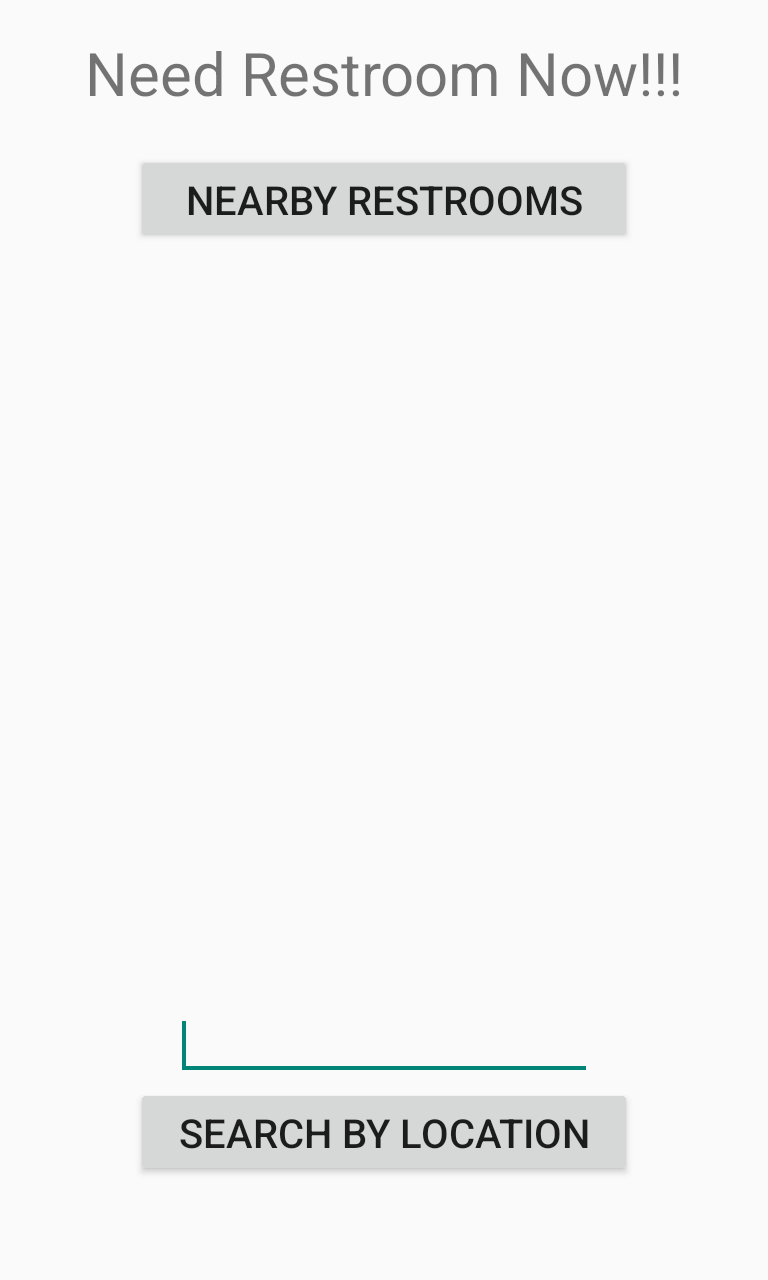
Repository: SarahDowlath/DebraGotToGo
Layout: GottahGo!/res/layout/fragment_main.xml
These files come from the project's save history. The layout is drawn as it stood at one moment and after the next save; the edit follows.
It is drawn on a 768 x 1280 px phone screen (xhdpi) without system bars, with theme AppTheme; the app's code is not run.

Above is the layout before, as saved 2014-07-08 18:20:21.

### GottahGo!/res/layout/fragment_main.xml
<RelativeLayout xmlns:android="http://schemas.android.com/apk/res/android"
    xmlns:tools="http://schemas.android.com/tools"
    android:layout_width="match_parent"
    android:layout_height="match_parent"
    android:paddingBottom="@dimen/activity_vertical_margin"
    android:paddingLeft="@dimen/activity_horizontal_margin"
    android:paddingRight="@dimen/activity_horizontal_margin"
    android:paddingTop="@dimen/activity_vertical_margin"
    tools:context="com.papodec.gottahgo.MainActivity$PlaceholderFragment" >

    <TextView
        android:id="@+id/textView2"
        android:layout_width="fill_parent"
        android:layout_height="wrap_content"
         android:text="@string/ref"
         android:textSize = "30sp"
         android:layout_gravity= "center"
         android:gravity="center"
        />

    <Button
         android:id="@+id/bmap"
        android:layout_width="250dp"
        android:layout_height="wrap_content"
        android:layout_below="@+id/textView2"
        android:layout_centerHorizontal="true"
        android:layout_marginTop="19dp"
        android:text="@string/banner"
        android:textSize="20sp" />

    <Button
        android:id="@+id/bsearch"
        android:layout_width="250dp"
        android:layout_height="wrap_content"
        android:layout_alignLeft="@+id/bmap"
        android:layout_alignParentBottom="true"
        android:layout_marginBottom="34dp"
        android:text="@string/search"
        android:textSize="20sp" />

    <EditText
        android:id="@+id/editText1"
        android:layout_width="wrap_content"
        android:layout_height="wrap_content"
        android:layout_above="@+id/bsearch"
        android:layout_centerHorizontal="true"
        android:ems="10" >

        <requestFocus />
    </EditText>

</RelativeLayout>

### GottahGo!/res/values/styles.xml
<resources>

    <!--
        Base application theme, dependent on API level. This theme is replaced
        by AppBaseTheme from res/values-vXX/styles.xml on newer devices.
    -->
    <style name="AppBaseTheme" parent="Theme.AppCompat.Light">
        <!--
            Theme customizations available in newer API levels can go in
            res/values-vXX/styles.xml, while customizations related to
            backward-compatibility can go here.
        -->
    </style>

    <!-- Application theme. -->
    <style name="AppTheme" parent="AppBaseTheme">
        <!-- All customizations that are NOT specific to a particular API-level can go here. -->
    </style>


</resources>

### GottahGo!/res/values/strings.xml
<?xml version="1.0" encoding="utf-8"?>
<resources>

    <string name="app_name">GottahGo!</string>
    <string name="hello_world">Hello world!</string>
    <string name="action_settings">Settings</string>
    <string name="ref">Need Restroom Now!!!</string>

    <string name="banner">Nearby Restrooms</string>
    <string name="search">Search by Location</string>

</resources>

Loaded but not shown: GottahGo!/res/values-v11/styles.xml (common file); GottahGo!/res/values-v14/styles.xml (common file); GottahGo!/res/values/dimens.xml (common file); GottahGo!/res/values-w820dp/dimens.xml (common file)

After the next save:
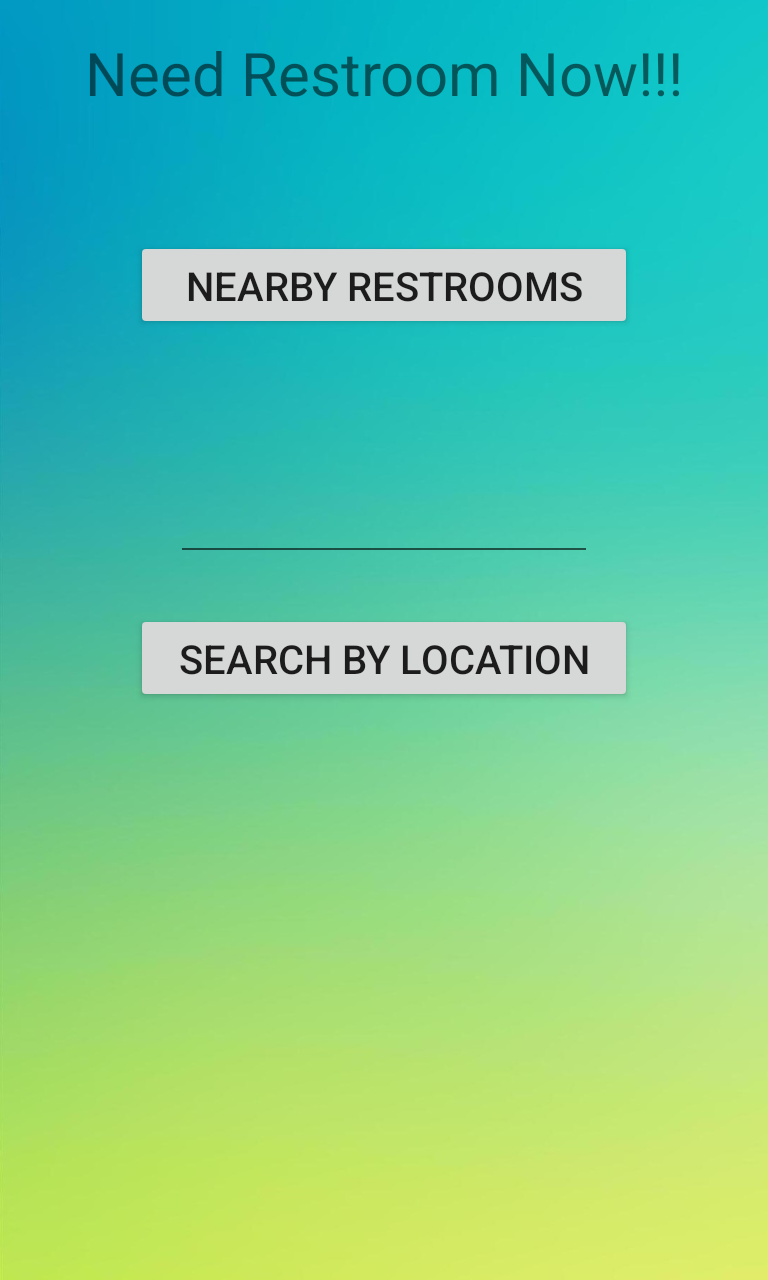
Saved 4 min 23 s later.
--- a/GottahGo!/res/layout/fragment_main.xml
+++ b/GottahGo!/res/layout/fragment_main.xml
@@ -1,5 +1,6 @@
 <RelativeLayout xmlns:android="http://schemas.android.com/apk/res/android"
     xmlns:tools="http://schemas.android.com/tools"
+    android:background="@drawable/simple"
     android:layout_width="match_parent"
     android:layout_height="match_parent"
     android:paddingBottom="@dimen/activity_vertical_margin"
@@ -18,35 +19,33 @@
          android:gravity="center"
         />
 
-    <Button
-         android:id="@+id/bmap"
-        android:layout_width="250dp"
+    <EditText
+        android:id="@+id/editText1"
+        android:layout_width="wrap_content"
         android:layout_height="wrap_content"
-        android:layout_below="@+id/textView2"
+        android:layout_below="@+id/bmap"
         android:layout_centerHorizontal="true"
-        android:layout_marginTop="19dp"
-        android:text="@string/banner"
-        android:textSize="20sp" />
+        android:layout_marginTop="75dp"
+        android:ems="10" />
 
     <Button
         android:id="@+id/bsearch"
         android:layout_width="250dp"
         android:layout_height="wrap_content"
         android:layout_alignLeft="@+id/bmap"
-        android:layout_alignParentBottom="true"
-        android:layout_marginBottom="34dp"
+        android:layout_below="@+id/editText1"
+        android:layout_marginTop="22dp"
         android:text="@string/search"
         android:textSize="20sp" />
 
-    <EditText
-        android:id="@+id/editText1"
-        android:layout_width="wrap_content"
+    <Button
+        android:id="@+id/bmap"
+        android:layout_width="250dp"
         android:layout_height="wrap_content"
-        android:layout_above="@+id/bsearch"
+        android:layout_below="@+id/textView2"
         android:layout_centerHorizontal="true"
-        android:ems="10" >
-
-        <requestFocus />
-    </EditText>
+        android:layout_marginTop="62dp"
+        android:text="@string/banner"
+        android:textSize="20sp" />
 
 </RelativeLayout>
